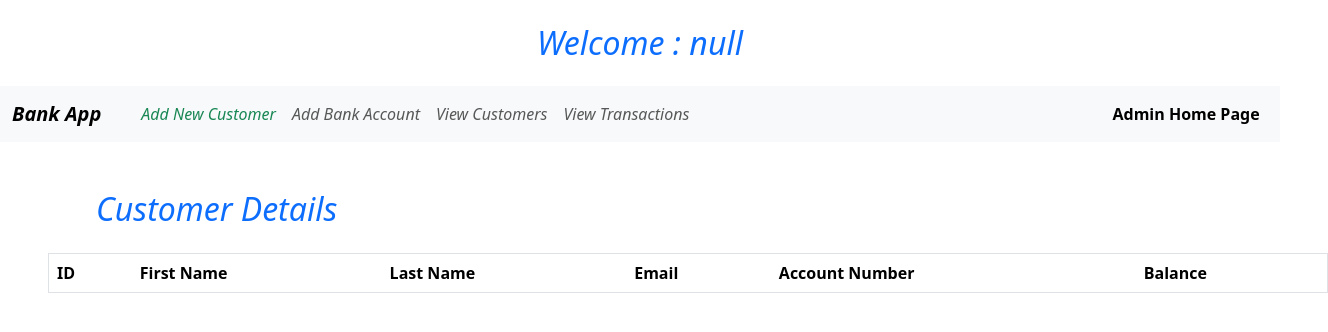
Repository: Niket-mishra/Dummy
Page: http://localhost/demo/user-list.jsp
These files come from the project's save history. The page is drawn as it stood at one moment and after the next save; the edit follows.
The browser window is 1280 px wide. The page is 1328 px wide, then 1280 px, so the pictures cover 1328 px, including what lies to the right of the window. The pictures show the whole page.
The page is served by Tomcat 10. Other server files are loaded and not shown. The template is opened directly, without the code that normally fills it, so the values that code supplies are empty.

Above is the page before, as saved 2024-05-11 10:27:52.

### demo/src/main/webapp/user-list.jsp
<%@ page language="java" contentType="text/html; charset=UTF-8"
 pageEncoding="UTF-8"%>
    <%@ taglib uri="http://java.sun.com/jsp/jstl/core" prefix="c"%>
        <html>

        <head>
            <title>User Management Application</title>
<link href="https://cdn.jsdelivr.net/npm/bootstrap@5.3.3/dist/css/bootstrap.min.css" rel="stylesheet">
        </head>

        <body>
        <% String name = String.valueOf(request.getAttribute("fname")); %>
<h2 class ="mb-4 mt-4 fst-italic text-primary text-center">Welcome : <%=name %></h2>
<nav class="navbar navbar-expand-lg bg-body-tertiary mb-5">
  <div class="container-fluid">
    <a class="navbar-brand" href="/"><b><i>Bank App</i></b></a>
    <button class="navbar-toggler" type="button" data-bs-toggle="collapse" data-bs-target="#navbarText" aria-controls="navbarText" aria-expanded="false" aria-label="Toggle navigation">
      <span class="navbar-toggler-icon"></span>
    </button>
    <div class="collapse navbar-collapse ms-3" id="navbarText">
      <ul class="navbar-nav me-auto mb-2 mb-lg-0">
        <li class="nav-item">
          <a href="<%=request.getContextPath()%>/new" class="nav-link active fst-italic align-bottom d-flex justify-content-end link-success link-offset-2 link-underline-opacity-25 link-underline-opacity-100-hover" id="myAnchor" onclick="showDiv()" >Add New Customer</a>
        </li>
        <li class="nav-item fst-italic align-bottom d-flex justify-content-end link-success link-offset-2 link-underline-opacity-25 link-underline-opacity-100-hover">
          <a class="nav-link" href="#" onclick="hideDiv()">Add Bank Account</a>
        </li>
        <li class="nav-item fst-italic align-bottom d-flex justify-content-end link-success link-offset-2 link-underline-opacity-25 link-underline-opacity-100-hover">
          <a class="nav-link" href="user-list.jsp" onclick="showDiv2()">View Customers</a>
        </li>
        <li class="nav-item fst-italic align-bottom d-flex justify-content-end link-success link-offset-2 link-underline-opacity-25 link-underline-opacity-100-hover">
          <a class="nav-link" onclick="showDiv3()">View Transactions</a>
        </li>
      </ul>
      <span class="navbar-text">
        <b> <a href ="AdminHomePage.jsp" class="text-decoration-none">Admin Home Page</a> &nbsp;</b>
      </span>
    </div>
  </div>
</nav>



<h2 class ="mb-4 fst-italic text-primary ms-5 ps-5">Customer Details</h2>
                    <table border="1" class="table table-hover ms-5 me-5 ps-5 pe-5 mb-4">
                        <thead>
                            <tr>
                                <th>ID</th>
                                <th>First Name</th>
                                <th>Last Name</th>
                                <th>Email</th>
                                <th>Account Number</th>
                                <th>Balance</th>

                            </tr>
                        </thead>
                        <tbody>

                            <c:forEach var="user" items="${listUser}">

                                <tr>
                                    <td>
                                        <c:out value="${user.id}" />
                                    </td>
                                    <td>
                                        <c:out value="${user.fname}" />
                                    </td>
                                    <td>
                                        <c:out value="${user.lname}" />
                                    </td>
                                    <td>
                                        <c:out value="${user.email}" />
                                    </td>
                                    <td>
                                        <c:out value="${user.accounts.accNo}" />
                                    </td>
                                    <td>
                                        <c:out value="${user.accounts.balance}" />
                                    </td>
                                </tr>
                            </c:forEach>
                            <!-- } -->
                        </tbody>

                    </table>

        </body>

        </html>

After the next save:
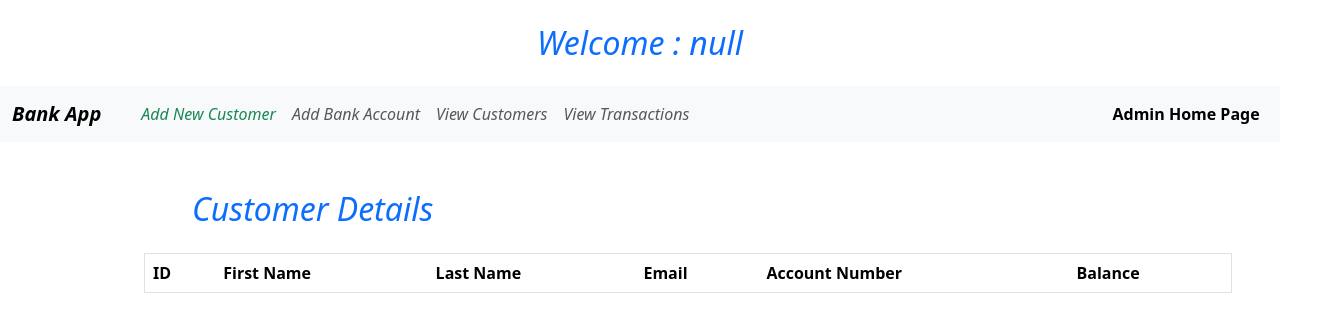
Saved 49 s later.
--- a/demo/src/main/webapp/user-list.jsp
+++ b/demo/src/main/webapp/user-list.jsp
@@ -40,7 +40,7 @@
 </nav>
 
 
-
+<div class = "ms-5 me-5 ps-5 pe-5">
 <h2 class ="mb-4 fst-italic text-primary ms-5 ps-5">Customer Details</h2>
                     <table border="1" class="table table-hover ms-5 me-5 ps-5 pe-5 mb-4">
                         <thead>
@@ -83,7 +83,7 @@
                         </tbody>
 
                     </table>
-
+           </div>
         </body>
 
         </html>
